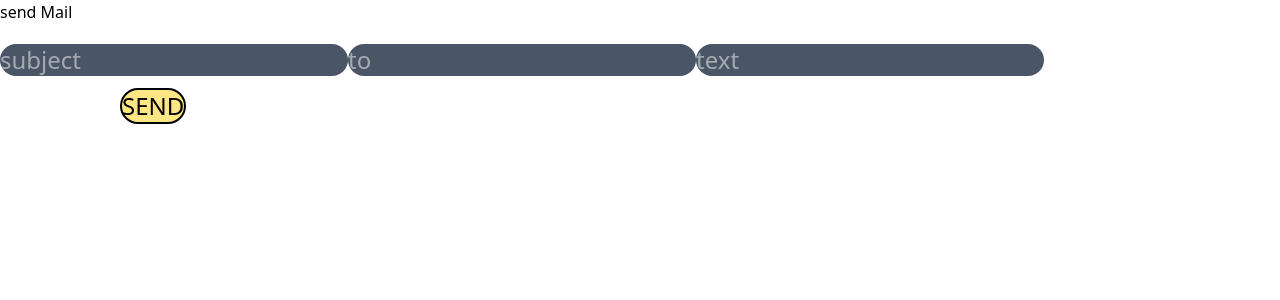
Repository: ridhukhan/sendmail
Page: / (app in Frontend/)
The author's editor kept a copy of each file at every save. The page is drawn from the files as they stood at one save, then again after the next save.
The browser window is 1280 px wide. The pictures show the whole page.
The project was rebuilt for these pictures with package versions that can differ from the ones it lists, and the page was loaded fresh each time.

Above is the page before, as saved 2026-02-10 14:57:44.

### Frontend/src/main.jsx
import { StrictMode } from 'react'
import { createRoot } from 'react-dom/client'
import './index.css'
import App from './App.jsx'
export const server="http://localhost:5000"
createRoot(document.getElementById('root')).render(
  <StrictMode>
    <App />
  </StrictMode>,
)

### Frontend/src/App.jsx

function App() {

  return (
    <>
    <h1>send Mail </h1>
    <form className="flex-col text-2xl align-middle justify-center">
<input type="text" name="" id="" placeholder='subject' className="bg-gray-600 text-white border-amber-50 rounded-2xl"/>


<input type="email" name="" id="" placeholder='to' className="bg-gray-600 text-white border-amber-50 rounded-2xl mt-5" />
<input type="text" name="" id="" placeholder='text' className="bg-gray-600 text-white border-amber-50 rounded-2xl mt-5"/><br />
<button className="bg-amber-200 mt-3 rounded-3xl border-2 ml-30">SEND</button>
    </form>
       </>
  )
}

export default App

Loaded but not shown: Frontend/index.html (common file); Frontend/src/index.css (common file)

After the next save:
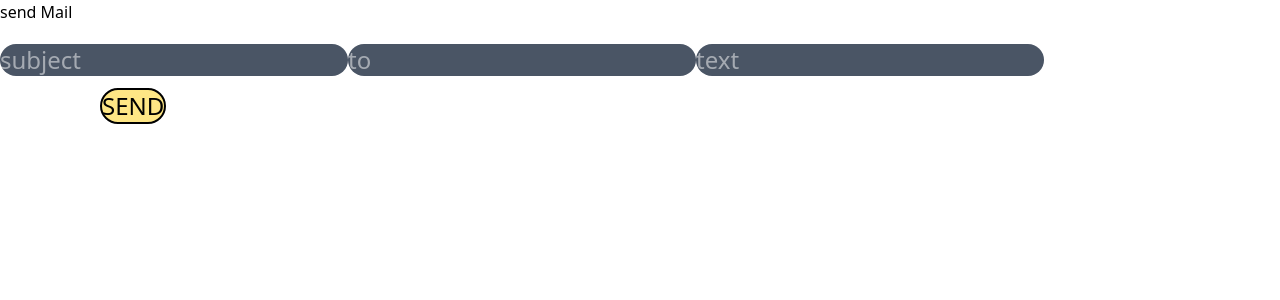
Saved 5 s later.
--- a/Frontend/src/App.jsx
+++ b/Frontend/src/App.jsx
@@ -10,7 +10,7 @@ function App() {
 
 <input type="email" name="" id="" placeholder='to' className="bg-gray-600 text-white border-amber-50 rounded-2xl mt-5" />
 <input type="text" name="" id="" placeholder='text' className="bg-gray-600 text-white border-amber-50 rounded-2xl mt-5"/><br />
-<button className="bg-amber-200 mt-3 rounded-3xl border-2 ml-30">SEND</button>
+<button className="bg-amber-200 mt-3 rounded-3xl border-2 ml-25">SEND</button>
     </form>
        </>
   )
